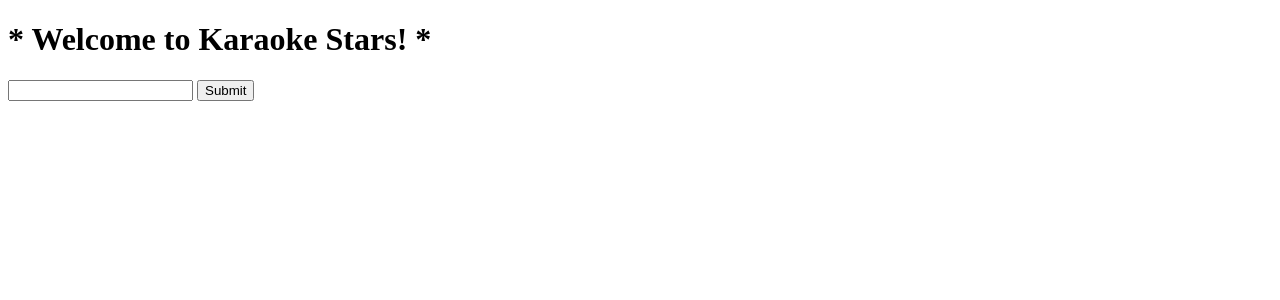
Repository: steelerx155/karaoke_songs
Page: karaoke_stars_app-frontend/index.html
These files come from the project's save history. The page is drawn as it stood at one moment and after the next save; the edit follows.
The browser window is 1280 px wide. The pictures show the whole page.
The page's requests for data from a server got no answer.

Above is the page before, as saved 2020-05-28 22:45:35.

### karaoke_stars_app-frontend/index.html
<!DOCTYPE html>
<!-- <script type="application/javascript" src="src/index.js" charset="UTF-8"></script> -->
<script src="src/components/songs.js"></script>
<script src="src/components/app.js"></script>
<script src="src/adapters/SongsAdapter.js"></script>
<script src="src/index.js"></script>


<html lang="en">
<head>
    <meta charset="UTF-8">
    <meta name="viewport" content="width=device-width, initial-scale=1.0">
    <h1>* Welcome to Karaoke Stars! *</h1>
</head>

<body>
    <div class="container">

        <form id ="new-song-form">
            <input type="text" />
            <input type="submit" />
        </form>
        <ul id ="songs-container">

        </ul>
    </div>

</body>
</html>

### karaoke_stars_app-frontend/src/components/songs.js
class Songs {
    constructor(){
        this.songs = []
        this.adapter = new SongsAdapter()
        this.initBindAndEventListeners()
        this.fetchAndLoadSongs()
    }

    initBindAndEventListeners(){
        this.songsContainer = document.getElementById('songs-container')
        this.newSongTitle = document.getElementById('new-song-title')
        this.songForm = document.getElementById('new-song-form')
        this.songForm.addEventListener('submit', this.createSong)
    }

    createSong(){
        e.preventDefault()
        console.log("creating songs")
       console.log(this.new-song-title.value)
    }

    fetchAndLoadSongs(){
        this.adapter
        .getSongs()
        .then(songs => {
          songs.forEach(song => this.songs.push(new Song(song)))
        })
        .then(() => {
            this.render()

        })
    }

    render() {
        const songsString = console.log(songsString)
        const songsContainer = document.getElementById('songs-container')
        songsContainer.innerHTML = this.songs.map(song => song.renderLi()).join('')
   }
}

### karaoke_stars_app-frontend/src/components/app.js
class App {
    constructor(){
        this.songs = new SongsAdapter
    }
}

### karaoke_stars_app-frontend/src/adapters/SongsAdapter.js
class SongsAdapter {
    constructor() {
        this.baseUrl ='http://localhost:3000/api/v1/songs'
    }

    getSongs() {
        return fetch(this.baseUrl).then(resp => resp.json())

    }
}

### karaoke_stars_app-frontend/src/index.js
const BACKEND_URL = 'http://localhost:3000/api/v1/';
fetch(`${BACKEND_URL}/songs`)
  .then(response => response.json())
  .then(parsedResponse => console.log(parsedResponse));



// const app = new App()

After the next save:
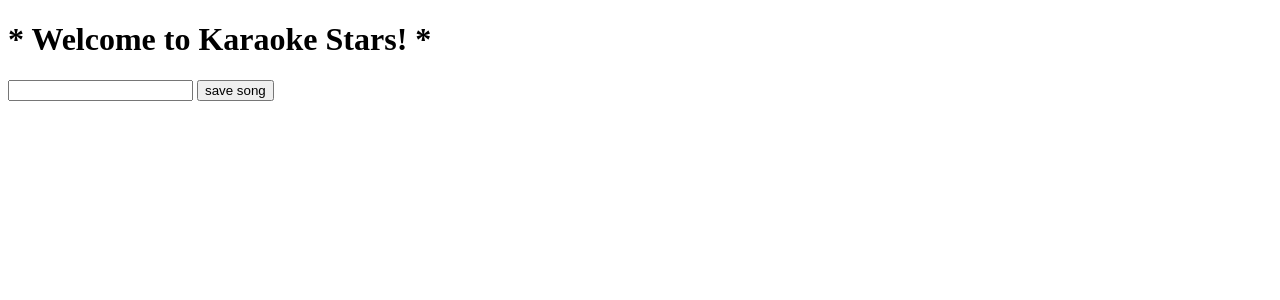
Saved 2 min 5 s later.
--- a/karaoke_stars_app-frontend/index.html
+++ b/karaoke_stars_app-frontend/index.html
@@ -17,8 +17,8 @@
     <div class="container">
 
         <form id ="new-song-form">
-            <input type="text" />
-            <input type="submit" />
+            <input type="text" name="song-title" id="new-song-title">
+            <input type="submit" value="save song">
         </form>
         <ul id ="songs-container">
 
